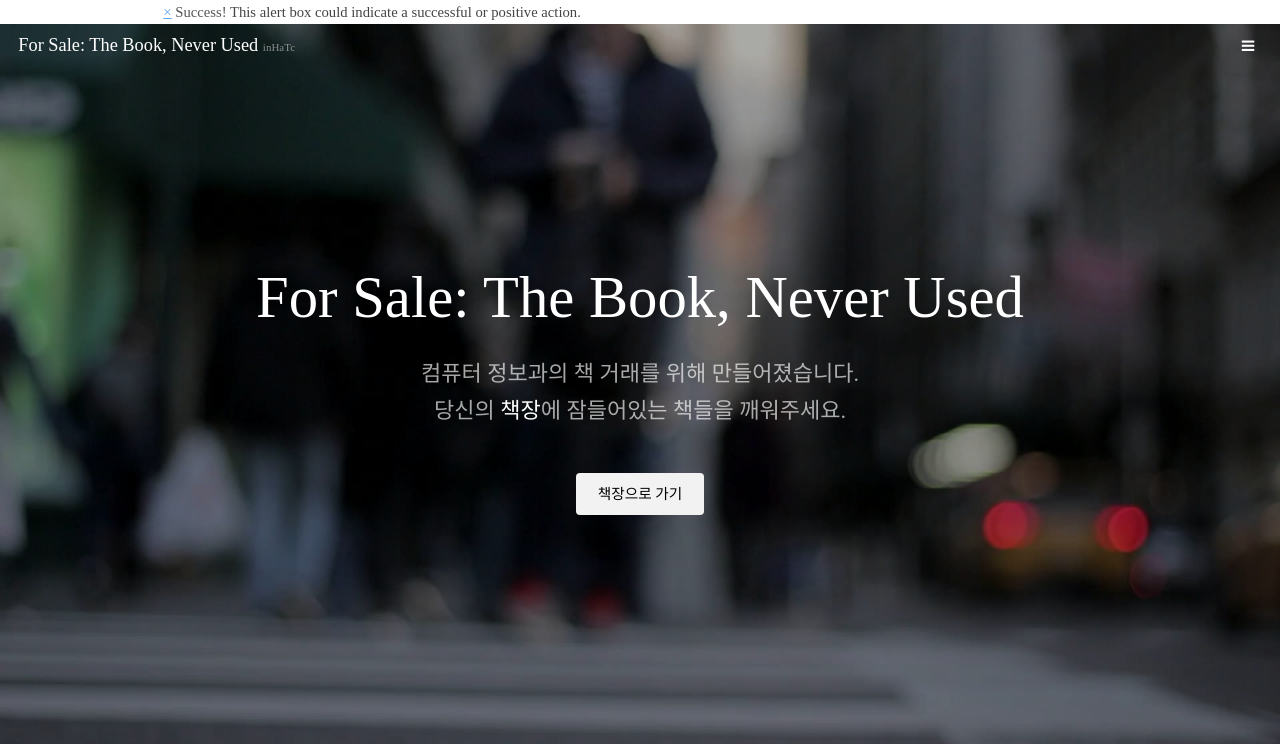
Repository: charmingjae/swproject
Page: http://localhost/bookBoard/templated-transitive/index.jsp
The author's editor kept a copy of each file at every save. The page is drawn from the files as they stood at one save, then again after the next save.
The browser window is 1280 px wide. The pictures show the whole page.
Some web fonts or font styles are not loaded; a fallback is used. The page is served by Tomcat 9. Queries for data that is not in the repository find no rows.

Above is the page before, as saved 2019-12-14 11:01:42.

After the next save:
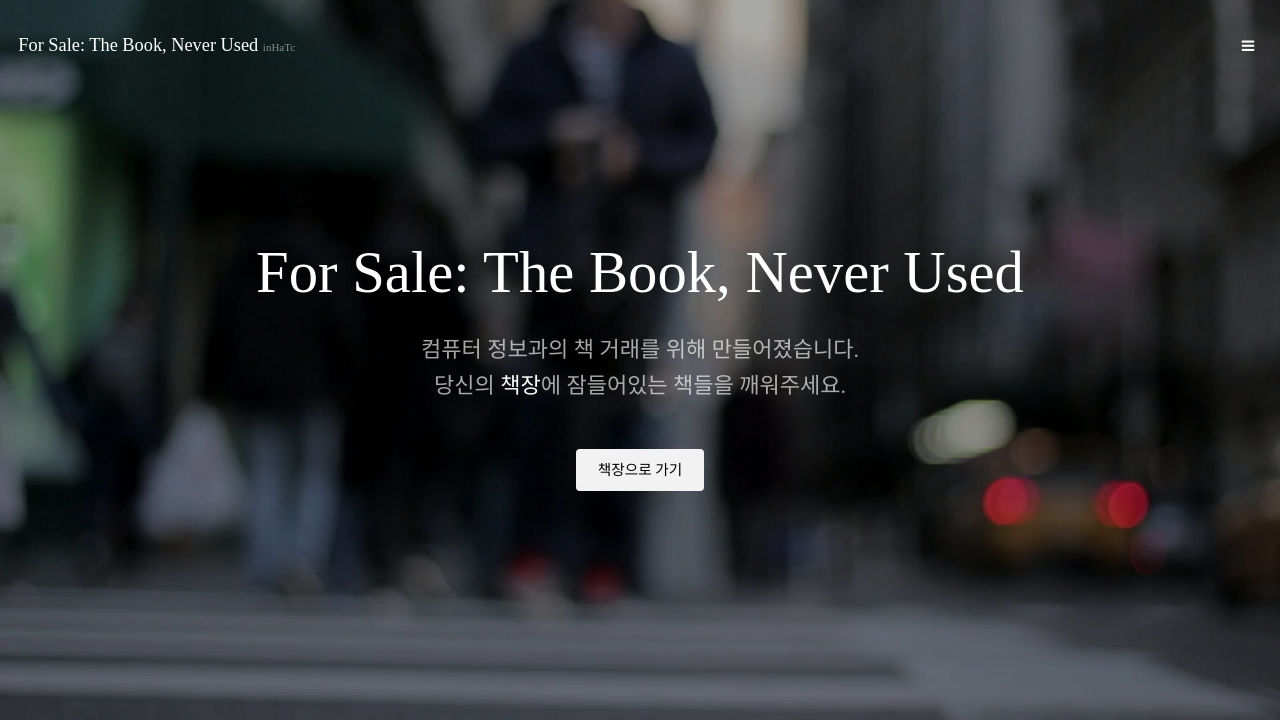
Saved 22 s later.
--- a/JSP/bookBoard/bookBoard/WebContent/templated-transitive/index.jsp
+++ b/JSP/bookBoard/bookBoard/WebContent/templated-transitive/index.jsp
@@ -19,12 +19,7 @@
 				<a href="#menu" class="toggle"><span>Menu</span></a>
 			</header>
 
-			<div class="container">
-  <div class="alert alert-success">
-    <a href="#" aria-label="close">&times;</a>
-    <strong>Success!</strong> This alert box could indicate a successful or positive action.
-  </div>
-</div>
+
 
 		<!-- Nav -->
 			<nav id="menu">
